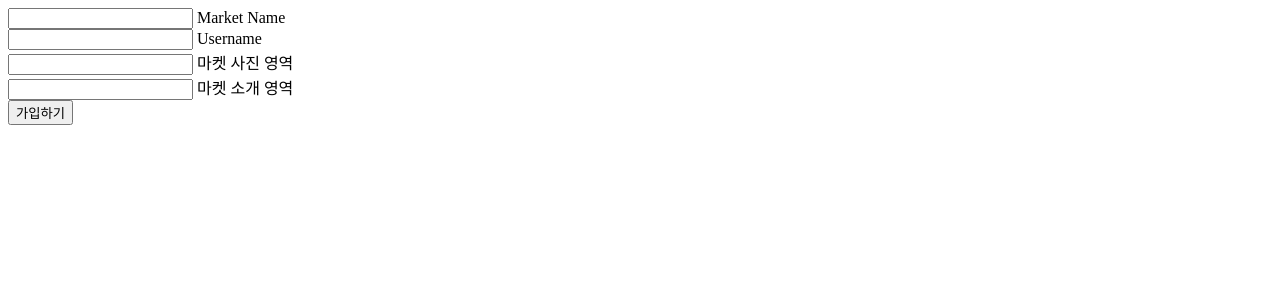
Repository: hisouske/test0325
Page: demo/test0325/src/main/resources/templates/marketjoin.html
An editor plug-in stored every save of this project. The page is shown before and after the next save, followed by the edit.
The browser window is 1280 px wide. The pictures show the whole page.

Above is the page before, as saved 2020-04-08 14:41:05.

### demo/test0325/src/main/resources/templates/marketjoin.html
<!DOCTYPE html>

<html xmlns="http://www.w3.org/1999/xhtml" xmlns:th="https://www.thymeleaf.org" xmlns:sec="https://www.thymeleaf.org/thymeleaf-extras-springsecurity3">
<form class="signup-form" action="/marketjoinok" method="POST">
   <!----> <input type="hidden" th:name="${_csrf.parameterName}" th:value="${_csrf.token}" />
   <div class="row">
    <div class="input-field col s12">
      <input id="market_name" name="mid" type="text" class="validate"/>
      <label for="market_name">Market Name</label>
    </div>
  </div>

   <div class="row">
      <div class="input-field col s12">
        <input id="user_name" name="uid" type="text" class="validate"/>
        <label for="user_name">Username</label>
      </div>
    </div>

    <div class="row">
      <div class="input-field col s12">
        <input id="market_pic" name="mpic" type="text" class="validate"/>
        <label for="market_pic">마켓 사진 영역</label>
      </div>

    <div class="row">
        <div class="input-field col s12">
          <input id="market_intro" name="mintro" type="text" class="validate"/>
          <label for="market_intro">마켓 소개 영역</label>
        </div>
    </div>
    <input class="signup-btn waves-effect waves-light btn" type="submit" value="가입하기" />
  </form></html>

After the next save:
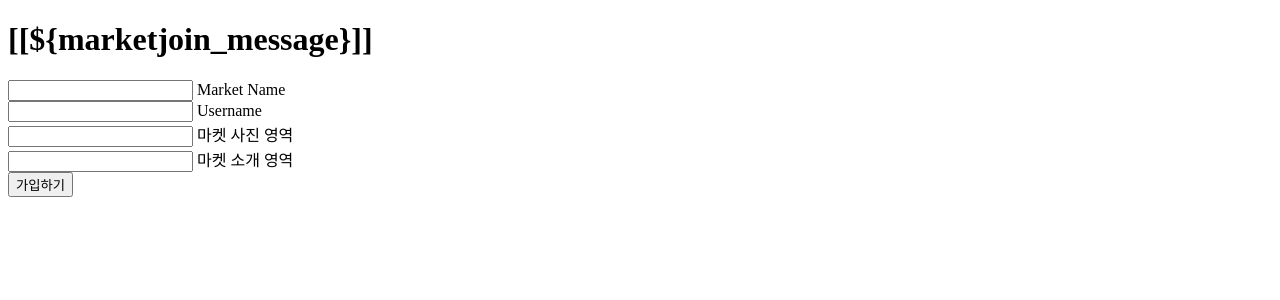
Saved 6 min 30 s later.
--- a/demo/test0325/src/main/resources/templates/marketjoin.html
+++ b/demo/test0325/src/main/resources/templates/marketjoin.html
@@ -2,6 +2,7 @@
 
 <html xmlns="http://www.w3.org/1999/xhtml" xmlns:th="https://www.thymeleaf.org" xmlns:sec="https://www.thymeleaf.org/thymeleaf-extras-springsecurity3">
 <form class="signup-form" action="/marketjoinok" method="POST">
+    <h1 class="h3 mb-3 font-weight-normal">[[${marketjoin_message}]]</h1>
    <!----> <input type="hidden" th:name="${_csrf.parameterName}" th:value="${_csrf.token}" />
    <div class="row">
     <div class="input-field col s12">
